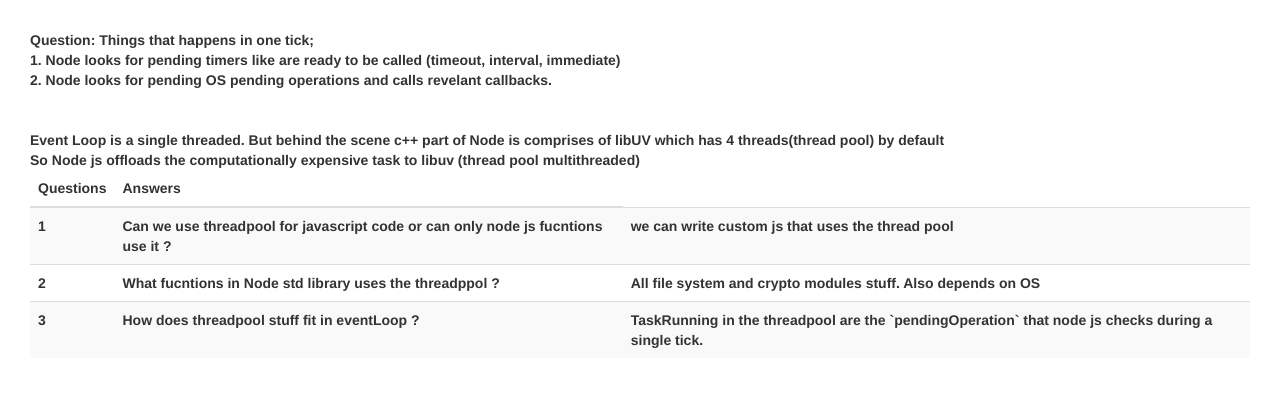
Repository: rahil001/preparation
Page: javascriptPrac/index.html
An editor plug-in stored every save of this project. The page is shown before and after a run of saves, followed by the edit.
The browser window is 1280 px wide. The pictures show the whole page.

Above is the page before, as saved 2019-10-27 22:10:43.

After the next 2 saves:
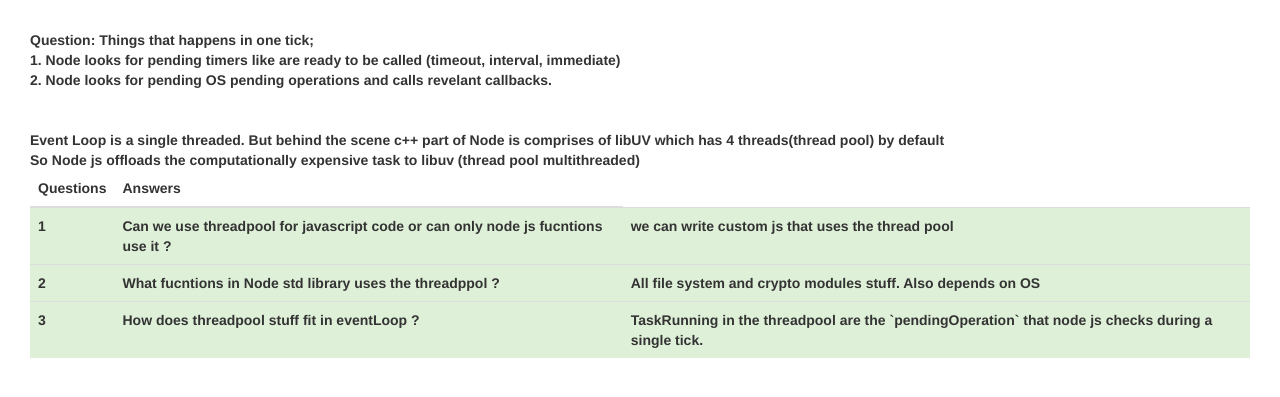
The 2 saves are shown as one change because they came seconds apart.
The last was saved 87 s later.
--- a/javascriptPrac/index.html
+++ b/javascriptPrac/index.html
@@ -39,17 +39,17 @@
           </tr>
         </thead>
         <tbody>
-          <tr class="table-info">
+          <tr class="table-info success">
             <th scope="row">1</th>
             <td>Can we use threadpool for javascript code or can only node js fucntions use it ?</td>
             <td>we can write custom js that uses the thread pool</td>
           </tr>
-          <tr class="table-info">
+          <tr class="table-info success">
             <th scope="row">2</th>
             <td>What fucntions in Node std library uses the threadppol ?</td>
             <td>All file system and crypto modules stuff. Also depends on OS</td>
           </tr>
-          <tr class="table-info">
+          <tr class="table-info success">
             <th scope="row">3</th>
             <td>How does threadpool stuff fit in eventLoop ?</td>
             <td>TaskRunning in the threadpool are the `pendingOperation` that node js checks during a single tick.</td>
